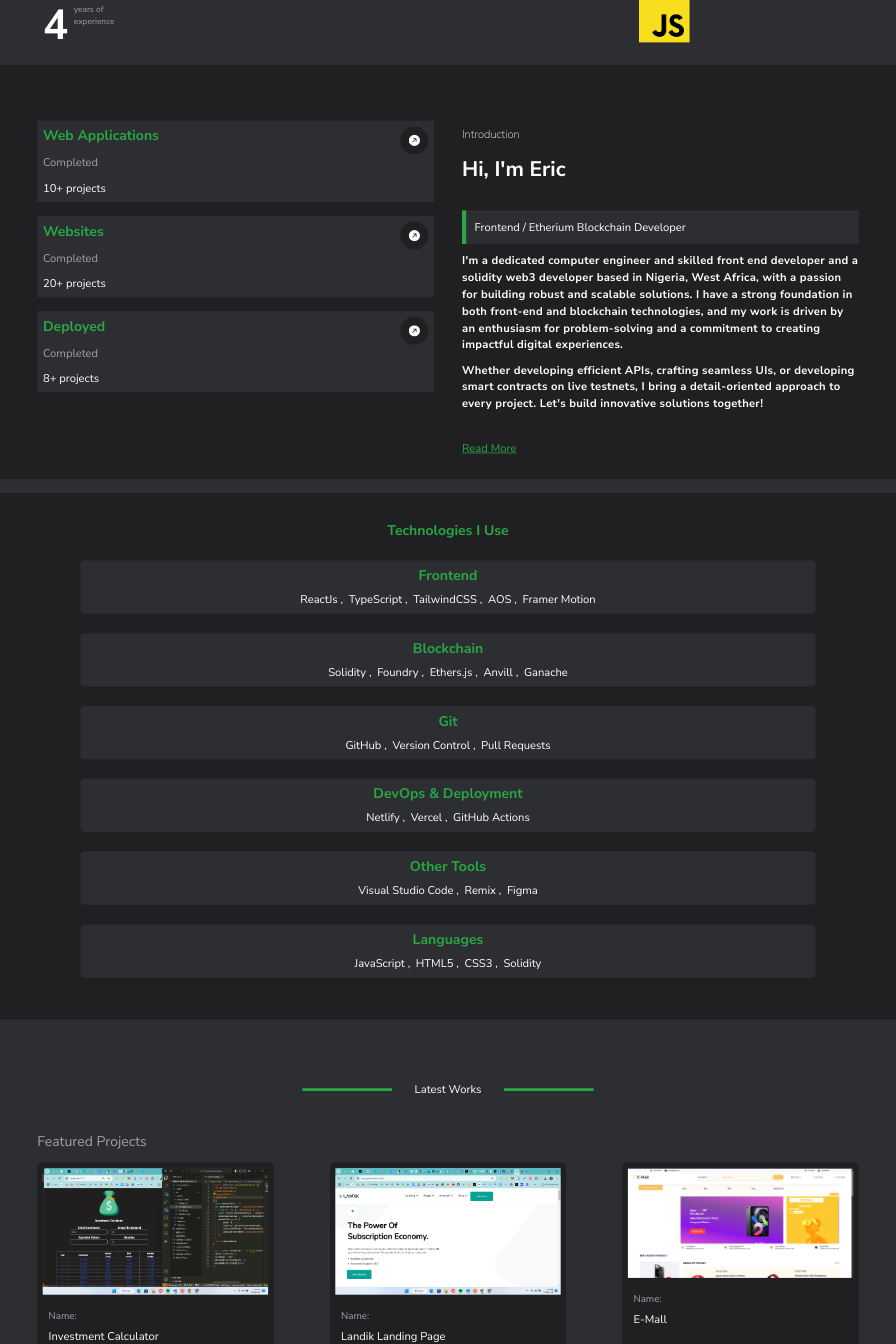
Repository: Rickyy1017/eric-portt
Page: /
The author's editor kept a copy of each file at every save. The page is drawn from the files as they stood at one save, then again after the next save.
The browser window is 1280 px wide. The pictures show the part of the page from y = 392 to 2312 px (the page is 3998 px tall), at 70% of full size.
The page's requests for data from a server got no answer. The project was rebuilt for these pictures with package versions that can differ from the ones it lists, and the page was loaded fresh each time. No one was signed in, and anything a server would have sent is missing. Also part of the build but not shown: vite.config.js, src/components/loader.css, src/components/sending.css, src/components/Sending.jsx, src/components/Contact.jsx, src/components/About.jsx, src/components/ErrorBoundary.jsx.

Above is the page before, as saved 2025-05-22 09:41:52.

After the next save:
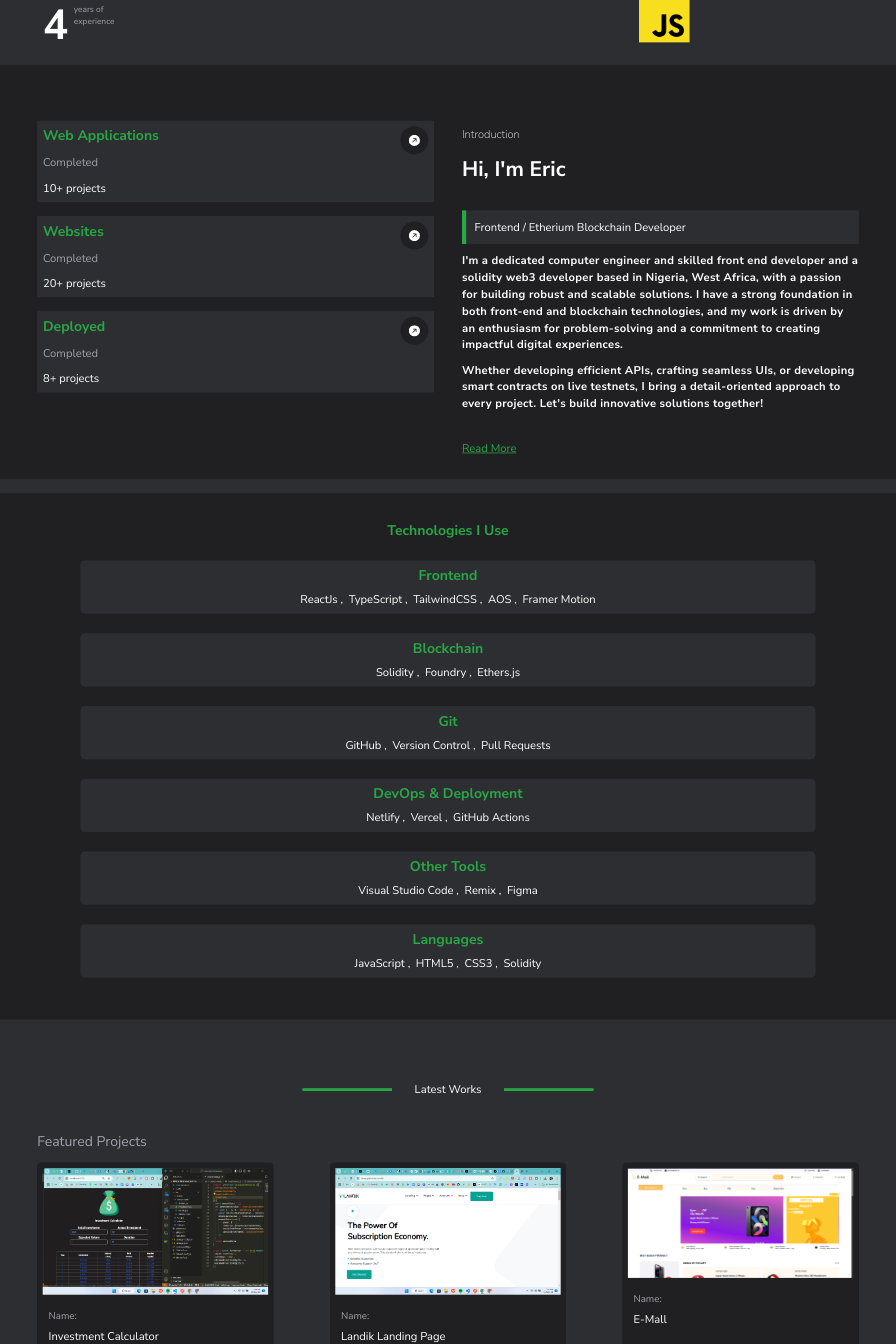
Saved 12 s later.
--- a/src/components/Techs.jsx
+++ b/src/components/Techs.jsx
@@ -8,7 +8,7 @@
         },
         {
             name: 'Blockchain',
-            others: ['Solidity', 'Foundry', "Ethers.js", 'Anvill', 'Ganache', ]
+            others: ['Solidity', 'Foundry', "Ethers.js", ]
         },
         {
             name: 'Git',
